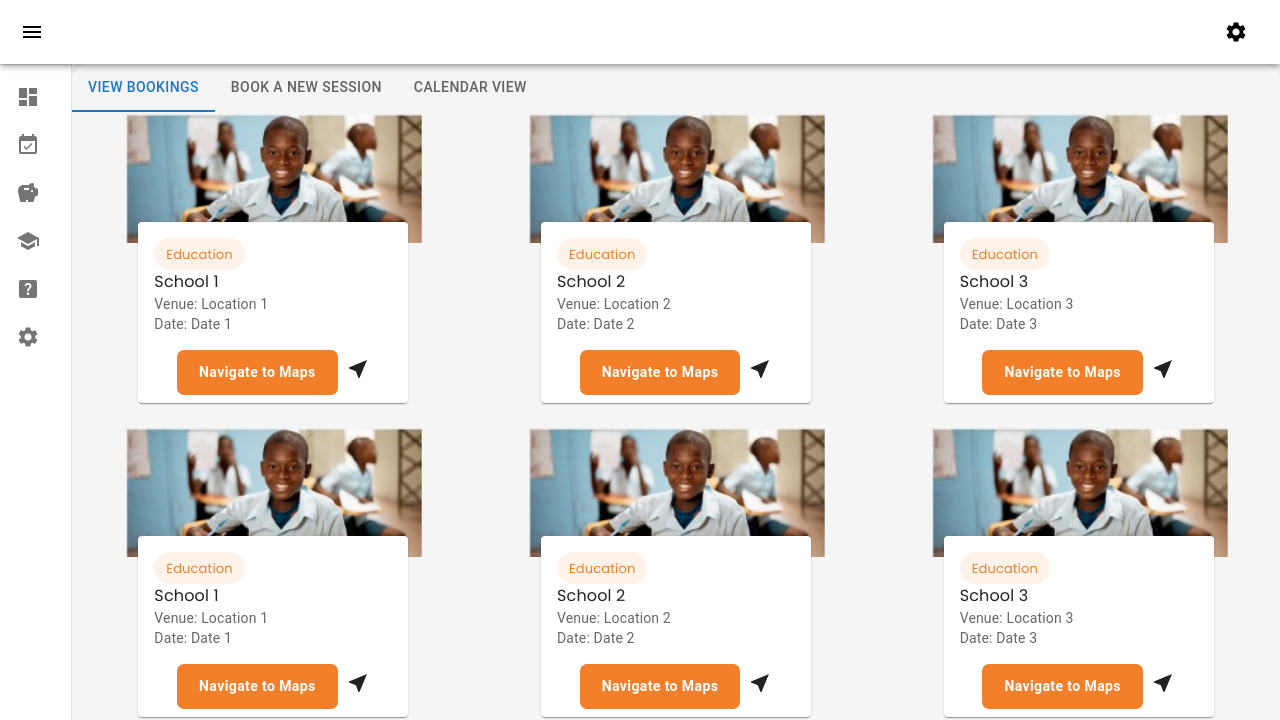
Repository: shubhampirate/Google_Solutions_Edural
Page: /bookings
The author's editor kept a copy of each file at every save. The page is drawn from the files as they stood at one save, then again after the next save.
The browser window is 1280 px wide. The pictures show the whole page.
An inner scrolling area shows only its first screen. The project was rebuilt for these pictures with package versions that can differ from the ones it lists, and the page was loaded fresh each time. Some packages were replaced by stand-ins written for this rebuild. Also part of the build but not shown: src/Components/Navbar.jsx, src/Components/Footer.jsx, src/Components/CongratsCard.jsx, src/pages/Hero/Hero.jsx, src/pages/Dashboard/Dashboard.jsx, src/pages/Sign_in.jsx, src/pages/Bookings/LicenseCard.jsx.

Above is the page before, as saved 2024-02-04 19:48:37.

### src/App.jsx
import Hero from "./pages/Hero/Hero";
import Dashboard from "./pages/Dashboard/Dashboard";
import Layout from "./Components/layout";
import SignIn from "./pages/Sign_in";
import Booking from "./pages/Bookings/bookings"
import {useState} from "react";
import { Route, Routes } from "react-router-dom";
function App() {
  return (
    <>
      {/* <Hero />   */}
      {/* <SignIn /> */}
      <Routes>
        <Route path="/signin" element={<><SignIn /></>} />
        <Route path="/dashboard" element={<Layout><Dashboard /></Layout>} />
        {/* <Route path="/education" element={<><Education /></>} /> */}
        <Route path="/bookings" element={<Layout><Booking /></Layout>} />
        {/* <Route path="/profile" element={<><Profile /></>} /> */}
        {/* <Route path="/finance" element={<><Finance /></>} /> */}
        {/* <Route path="/questions" element={<><Questions /></>} /> */}
        {/* <Route path="/retireaibot" element={<><Bot /></>} /> */}
        <Route path="/" element={<><Hero /></>} />
      </Routes>
         </>
  );
}

export default App;

### src/pages/Bookings/bookings.jsx
import React, { useState, useEffect } from 'react';
import { styled, createTheme, ThemeProvider } from '@mui/material/styles';
import CssBaseline from '@mui/material/CssBaseline';
import Box from '@mui/material/Box';
import Tabs from '@mui/material/Tabs';
import Tab from '@mui/material/Tab';
import Card from '@mui/material/Card';
import CardContent from '@mui/material/CardContent';
import Typography from '@mui/material/Typography';
import GoogleMapReact from 'google-map-react'; // Install with npm/yarn
import FullCalendar from '@fullcalendar/react'; // Install with npm/yarn
import dayGridPlugin from '@fullcalendar/daygrid'; // Install with npm/yarn
import LicenseCard from './LicenseCard';
import { CardActions, Button } from '@mui/material';
import Chip from '@mui/material/Chip';
import CustomButton from '../../Components/CustomButton';
import heroImg from "../../media/img_1.jpeg";
import NorthEastIcon from '@mui/icons-material/NorthEast';
import NearMeIcon from '@mui/icons-material/NearMe';
import { Grid } from '@mui/material';
import { ListItem, ListItemButton, ListItemText } from '@mui/material';
import ArrowForwardIcon from '@mui/icons-material/ArrowForward';
import List from '@mui/material/List';

const defaultTheme = createTheme();

const educationEvents = [
  { id: 1, name: 'Bandar Packhadi Muncipal School', description: 'Primary School' },
  { id: 2, name: 'Kurar Village Parekh Nagar BMC School', description: 'Primary and Secondary School' },
  { id: 3, name: 'Marol Marathi BMC School', description: 'K12 School' },
];
const ImageCard = ({ imageSrc, schoolName, venue, date, chipLabel, chipColor, buttonText }) => {
  return (
    <Box position="relative" maxWidth="300px" margin="auto" marginBottom="2rem">
      <img
        src={imageSrc}
        alt="card-background"
        style={{
          width: '100%',
          height: '60%',
          objectFit: 'cover',
        }}
      />
      <Card
        sx={{
          position: 'absolute',
          top: '80%', // Start from around 20% from the top
          left: '5%', // Adjust as needed
          right: '5%', // Adjust as needed
          backgroundColor: (theme) => theme.palette.background.paper,
          opacity: 1,
          overflow: 'auto',
        }}
      >
        <CardContent>
          <Chip
            size="sm"
            variant="soft"
            label={chipLabel}
            sx={{ backgroundColor: chipColor, color: '#F47F2A', marginRight: '8px' }}
          />
          <br />
          <Typography variant="h7" gutterBottom>
            {schoolName}
          </Typography>
          <Typography variant="body2" color="text.secondary">
            Venue: {venue}
          </Typography>
          <Typography variant="body2" color="text.secondary">
            Date: {date}
          </Typography>
        </CardContent>
        <Box sx={{ display: 'flex-between', alignItems: 'center', justifyContent: 'center', marginBottom: '8px' }}>
          <CustomButton backgroundColor="#F47F2A" color="#fff" buttonText={buttonText} heroBtn={true} />
          <NearMeIcon sx={{ marginLeft: '8px' }} />
        </Box>
      </Card>
    </Box>
  );
};
const calendarEvents = [
  { id: 1, title: 'Event 1', start: '2024-02-10', end: '2024-02-12' },
  { id: 2, title: 'Event 2', start: '2024-02-15', end: '2024-02-18' },
  // Add more calendar event data as needed
];

const AnyReactComponent = ({ text }) => <div>{text}</div>;

export default function Booking() {
  const [tabValue, setTabValue] = useState(0);

  const handleChangeTab = (event, newValue) => {
    setTabValue(newValue);
  };

  return (
    <ThemeProvider theme={defaultTheme}>
      <Box sx={{ display: 'flex', borderRadius: '16px', overflow: 'hidden', boxShadow: '0px 0px 10px rgba(0, 0, 0, 0.1)' }}>
        <CssBaseline />
        <Box
          component="main"
          sx={{
            backgroundColor: (theme) =>
              theme.palette.mode === 'light'
                ? theme.palette.grey[100]
                : theme.palette.grey[900],
            flexGrow: 1,
            height: '100vh',
            overflow: 'hidden',
          }}
        >
          <Tabs value={tabValue} onChange={handleChangeTab}>
            <Tab label="View Bookings" />
            <Tab label="Book a New Session" />
            <Tab label="Calendar View" />
          </Tabs>

          {tabValue === 0 && (
           <Grid container spacing={{ xs: 2, sm: 3, md: 4 }} justifyContent="center">
           {/* First line of cards */}
           <Grid container item justifyContent="center" marginBottom="3.5rem">
             <Grid item xs={12} sm={6} md={4} lg={4}>
               <ImageCard
                 imageSrc={heroImg}
                 schoolName="School 1"
                 venue="Location 1"
                 date="Date 1"
                 chipLabel="Education"
                 chipColor="rgba(244, 127, 42, 0.1)"
                 buttonText="Navigate to Maps"
               />
             </Grid>
             <Grid item xs={12} sm={6} md={4} lg={4}>
               <ImageCard
                 imageSrc={heroImg}
                 schoolName="School 2"
                 venue="Location 2"
                 date="Date 2"
                 chipLabel="Education"
                 chipColor="rgba(244, 127, 42, 0.1)"
                 buttonText="Navigate to Maps"
               />
             </Grid>
             <Grid item xs={12} sm={6} md={4} lg={4}>
               <ImageCard
                 imageSrc={heroImg}
                 schoolName="School 3"
                 venue="Location 3"
                 date="Date 3"
                 chipLabel="Education"
                 chipColor="rgba(244, 127, 42, 0.1)"
                 buttonText="Navigate to Maps"
               />
             </Grid>
           </Grid>

           {/* Second line of cards */}
           <Grid container item justifyContent="center" marginTop="3.5rem">
           <Grid item xs={12} sm={6} md={4} lg={4}>
               <ImageCard
                 imageSrc={heroImg}
                 schoolName="School 1"
                 venue="Location 1"
                 date="Date 1"
                 chipLabel="Education"
                 chipColor="rgba(244, 127, 42, 0.1)"
                 buttonText="Navigate to Maps"
               />
             </Grid>
             <Grid item xs={12} sm={6} md={4} lg={4}>
               <ImageCard
                 imageSrc={heroImg}
                 schoolName="School 2"
                 venue="Location 2"
                 date="Date 2"
                 chipLabel="Education"
                 chipColor="rgba(244, 127, 42, 0.1)"
                 buttonText="Navigate to Maps"
               />
             </Grid>
             <Grid item xs={12} sm={6} md={4} lg={4}>
               <ImageCard
                 imageSrc={heroImg}
                 schoolName="School 3"
                 venue="Location 3"
                 date="Date 3"
                 chipLabel="Education"
                 chipColor="rgba(244, 127, 42, 0.1)"
                 buttonText="Navigate to Maps"
               />
             </Grid>
           {/* </Grid> */}

             {/* Add more Grid items for additional cards */}
           </Grid>
         </Grid>
//
          )}

          {tabValue === 1 && (
            <Box>
            <Grid item xs={12} sm={12}  style={{marginLeft:"1rem",marginTop:"1rem",paddingBottom: "1.5rem" }} >
            <div style={{ fontSize: '2rem', fontWeight: '500'}}>Welcome back Jenil👋</div>

            <div>Searching for nearby villages to Go for volunteering education for K12 based on your latest score.</div>
            </Grid>

            <Grid container spacing={2} marginTop="1rem" paddingLeft={5}  >
                <Grid item xs={7}>

                    <iframe
                      src="https://www.google.com/maps/embed?pb=!1m12!1m8!1m3!1d64676.93288826161!2d72.80877122825254!3d19.185188895823067!3m2!1i1024!2i768!4f13.1!2m1!1srural%20schools%20in%20villages%20in%20maharastra!5e0!3m2!1sen!2sin!4v1707053236123!5m2!1sen!2sin"
                      width="650"
                      height="300"
                      style={{ border: 0 }}
                      allowFullScreen=""
                      loading="lazy"
                      referrerPolicy="no-referrer-when-downgrade"
                      title="Google Maps"
                    ></iframe>

                </Grid>
                <Grid item xs={12} md={5}  marginTop="1rem">
                <Grid container spacing={2} >

                    <Grid item xs={11.5}>
                    <Grid container spacing={2} sx={{ backgroundColor: "white", marginBottom: "0.5rem" }}>
                        <Grid item xs={12} style={{ textAlign: "center", marginLeft: "-0.75rem", fontWeight: "600" }}>Book Sessions at Schools</Grid>
                        <List sx={{ width: '100%', bgcolor: 'background.paper' }}>
      {educationEvents.map((event) => (
        <ListItem key={event.id} disablePadding>
          <ListItemButton role={undefined}>
            <ListItemText primary={event.name} secondary={event.description} />
            <Button endIcon={<ArrowForwardIcon sx={{ color: 'black' }}/>} color="primary">
              {/* View More */}
            </Button>
          </ListItemButton>
        </ListItem>
      ))}
    </List>
                    </Grid>
                    </Grid>
                </Grid>
                </Grid>
            </Grid>
              {/* <GoogleMapReact
                bootstrapURLKeys={{ key: 'YOUR_GOOGLE_MAPS_API_KEY' }}
                defaultCenter={{ lat: 37.7749, lng: -122.4194 }}
                defaultZoom={10}
              >
                <AnyReactComponent lat={37.7749} lng={-122.4194} text="Your Location" />
              </GoogleMapReact> */}
            </Box>
          )}

          {tabValue === 2 && (
             <Box>
             {/* Calendar View Content */}
             {/* <FullCalendar
               plugins={[dayGridPlugin]}
               initialView="dayGridMonth"
               events={calendarEvents}
             /> */}
           </Box>          )}
        </Box>
      </Box>
    </ThemeProvider>
  );
}

### src/Components/CustomButton.jsx
import { Button, styled } from "@mui/material";
import React from "react";

const CustomButton = ({
  backgroundColor,
  color,
  buttonText,
  heroBtn,
  guideBtn,
  getStartedBtn,
}) => {
  const CustomButton = styled(Button)(({ theme }) => ({
    backgroundColor: backgroundColor,
    color: color,
    fontWeight: "700",
    fontSize: "14px",
    cursor: "pointer",
    padding: "0.5rem 1.25rem",
    borderRadius: "7px",
    textTransform: "none",
    display: "block",
    border: "2px solid transparent",
    "&:hover": {
      backgroundColor: color,
      color: backgroundColor,
      borderColor: backgroundColor,
    },
    [theme.breakpoints.down("md")]: {
      margin: (heroBtn || getStartedBtn) && theme.spacing(0, "auto", 3, "auto"),
      width: (heroBtn || getStartedBtn) && "90%",
    },
    [theme.breakpoints.down("sm")]: {
      marginTop: guideBtn && theme.spacing(3),
      width: guideBtn && "90%",
    },
  }));

  return <CustomButton>{buttonText}</CustomButton>;
};

export default CustomButton;

Loaded but not shown: public/index.html (common file); src/index.css (common file); src/index.js (18 lines, source omitted); src/Components/layout.jsx (161 lines, source omitted); src/Components/listItems.jsx (77 lines, source omitted)

After the next save:
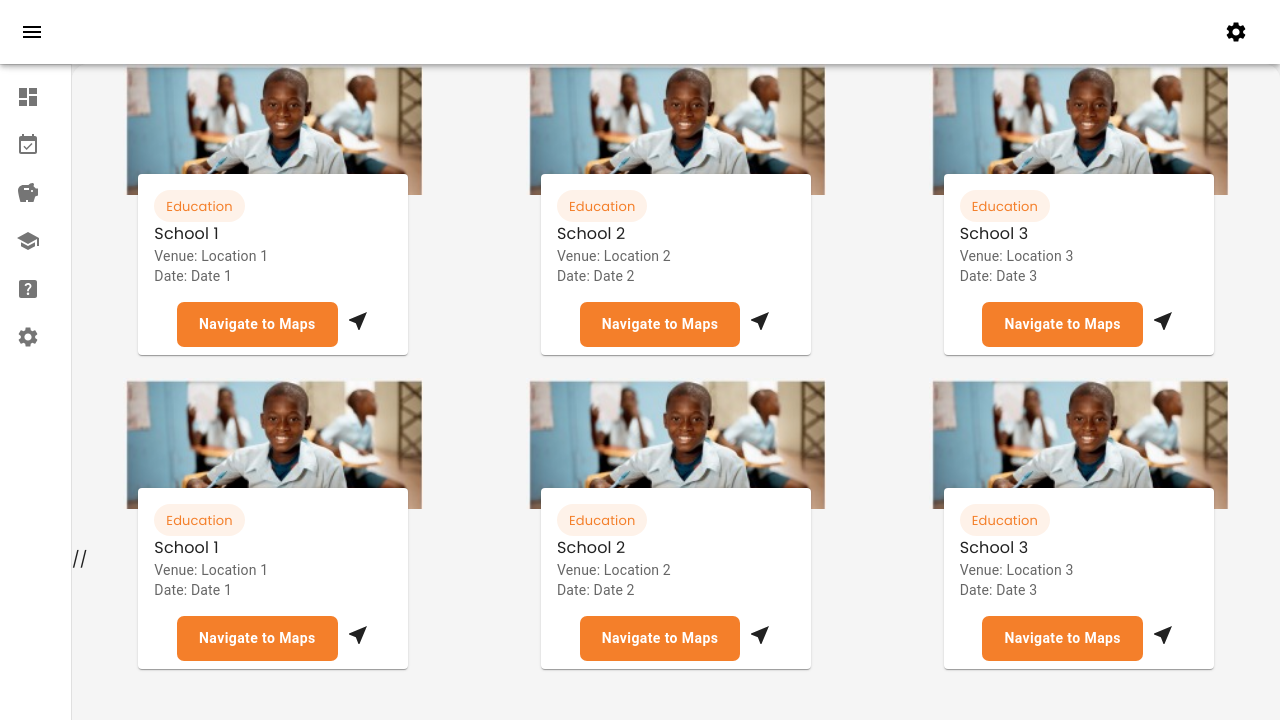
Saved 4 min 30 s later.
--- a/src/pages/Bookings/bookings.jsx
+++ b/src/pages/Bookings/bookings.jsx
@@ -109,13 +109,13 @@ export default function Booking() {
             overflow: 'hidden',
           }}
         >
-          <Tabs value={tabValue} onChange={handleChangeTab}>
+          {/* <Tabs value={tabValue} onChange={handleChangeTab}>
             <Tab label="View Bookings" />
             <Tab label="Book a New Session" />
             <Tab label="Calendar View" />
-          </Tabs>
-
-          {tabValue === 0 && (
+          </Tabs> */}
+
+          {/* {tabValue === 0 && ( */}
            <Grid container spacing={{ xs: 2, sm: 3, md: 4 }} justifyContent="center">
            {/* First line of cards */}
            <Grid container item justifyContent="center" marginBottom="3.5rem">
@@ -195,73 +195,6 @@ export default function Booking() {
            </Grid>
          </Grid>
 //
-          )}
-
-          {tabValue === 1 && (
-            <Box>
-            <Grid item xs={12} sm={12}  style={{marginLeft:"1rem",marginTop:"1rem",paddingBottom: "1.5rem" }} >
-            <div style={{ fontSize: '2rem', fontWeight: '500'}}>Welcome back Jenil👋</div>
-
-            <div>Searching for nearby villages to Go for volunteering education for K12 based on your latest score.</div>
-            </Grid>
-
-            <Grid container spacing={2} marginTop="1rem" paddingLeft={5}  >
-                <Grid item xs={7}>
-
-                    <iframe
-                      src="https://www.google.com/maps/embed?pb=!1m12!1m8!1m3!1d64676.93288826161!2d72.80877122825254!3d19.185188895823067!3m2!1i1024!2i768!4f13.1!2m1!1srural%20schools%20in%20villages%20in%20maharastra!5e0!3m2!1sen!2sin!4v1707053236123!5m2!1sen!2sin"
-                      width="650"
-                      height="300"
-                      style={{ border: 0 }}
-                      allowFullScreen=""
-                      loading="lazy"
-                      referrerPolicy="no-referrer-when-downgrade"
-                      title="Google Maps"
-                    ></iframe>
-
-                </Grid>
-                <Grid item xs={12} md={5}  marginTop="1rem">
-                <Grid container spacing={2} >
-
-                    <Grid item xs={11.5}>
-                    <Grid container spacing={2} sx={{ backgroundColor: "white", marginBottom: "0.5rem" }}>
-                        <Grid item xs={12} style={{ textAlign: "center", marginLeft: "-0.75rem", fontWeight: "600" }}>Book Sessions at Schools</Grid>
-                        <List sx={{ width: '100%', bgcolor: 'background.paper' }}>
-      {educationEvents.map((event) => (
-        <ListItem key={event.id} disablePadding>
-          <ListItemButton role={undefined}>
-            <ListItemText primary={event.name} secondary={event.description} />
-            <Button endIcon={<ArrowForwardIcon sx={{ color: 'black' }}/>} color="primary">
-              {/* View More */}
-            </Button>
-          </ListItemButton>
-        </ListItem>
-      ))}
-    </List>
-                    </Grid>
-                    </Grid>
-                </Grid>
-                </Grid>
-            </Grid>
-              {/* <GoogleMapReact
-                bootstrapURLKeys={{ key: 'YOUR_GOOGLE_MAPS_API_KEY' }}
-                defaultCenter={{ lat: 37.7749, lng: -122.4194 }}
-                defaultZoom={10}
-              >
-                <AnyReactComponent lat={37.7749} lng={-122.4194} text="Your Location" />
-              </GoogleMapReact> */}
-            </Box>
-          )}
-
-          {tabValue === 2 && (
-             <Box>
-             {/* Calendar View Content */}
-             {/* <FullCalendar
-               plugins={[dayGridPlugin]}
-               initialView="dayGridMonth"
-               events={calendarEvents}
-             /> */}
-           </Box>          )}
         </Box>
       </Box>
     </ThemeProvider>

After the save that followed:
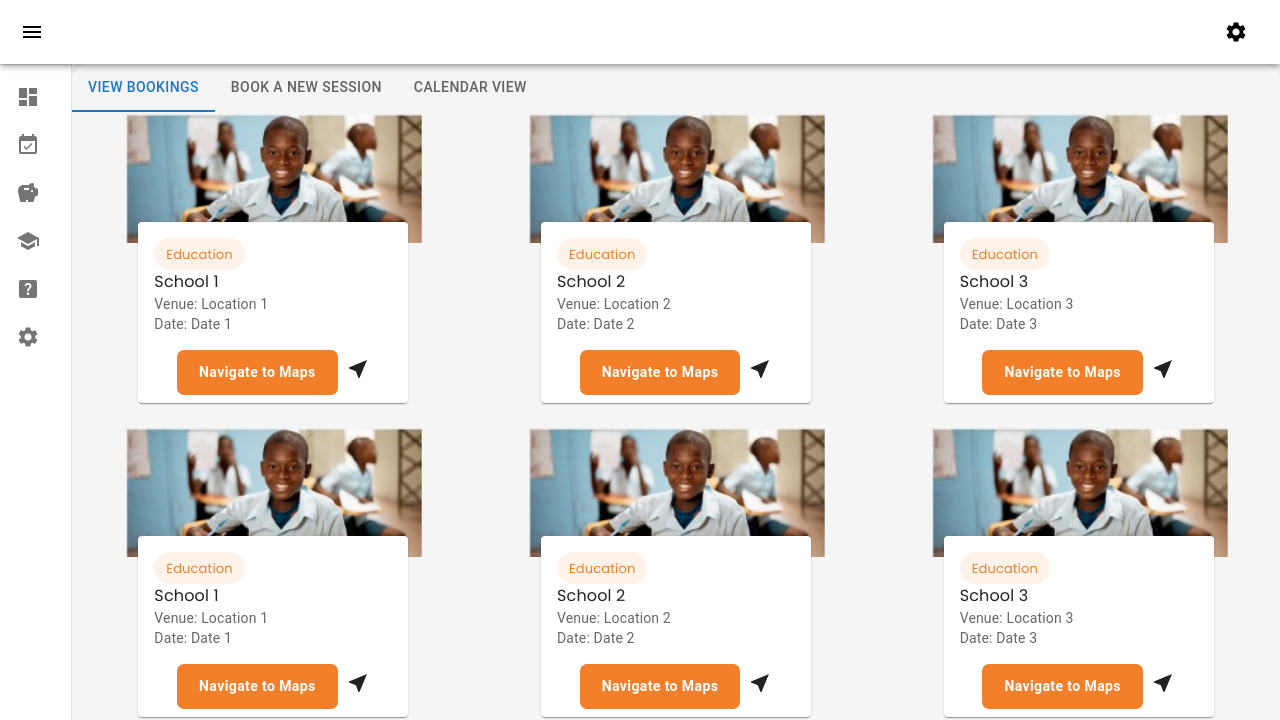
Saved 46 s later.
--- a/src/pages/Bookings/bookings.jsx
+++ b/src/pages/Bookings/bookings.jsx
@@ -109,13 +109,13 @@ export default function Booking() {
             overflow: 'hidden',
           }}
         >
-          {/* <Tabs value={tabValue} onChange={handleChangeTab}>
+          <Tabs value={tabValue} onChange={handleChangeTab}>
             <Tab label="View Bookings" />
             <Tab label="Book a New Session" />
             <Tab label="Calendar View" />
-          </Tabs> */}
-
-          {/* {tabValue === 0 && ( */}
+          </Tabs>
+
+          {tabValue === 0 && (
            <Grid container spacing={{ xs: 2, sm: 3, md: 4 }} justifyContent="center">
            {/* First line of cards */}
            <Grid container item justifyContent="center" marginBottom="3.5rem">
@@ -195,6 +195,73 @@ export default function Booking() {
            </Grid>
          </Grid>
 //
+          )}
+
+          {tabValue === 1 && (
+            <Box>
+            <Grid item xs={12} sm={12}  style={{marginLeft:"1rem",marginTop:"1rem",paddingBottom: "1.5rem" }} >
+            <div style={{ fontSize: '2rem', fontWeight: '500'}}>Welcome back Jenil👋</div>
+
+            <div>Searching for nearby villages to Go for volunteering education for K12 based on your latest score.</div>
+            </Grid>
+
+            <Grid container spacing={2} marginTop="1rem" paddingLeft={5}  >
+                <Grid item xs={7}>
+
+                    <iframe
+                      src="https://www.google.com/maps/embed?pb=!1m12!1m8!1m3!1d64676.93288826161!2d72.80877122825254!3d19.185188895823067!3m2!1i1024!2i768!4f13.1!2m1!1srural%20schools%20in%20villages%20in%20maharastra!5e0!3m2!1sen!2sin!4v1707053236123!5m2!1sen!2sin"
+                      width="650"
+                      height="300"
+                      style={{ border: 0 }}
+                      allowFullScreen=""
+                      loading="lazy"
+                      referrerPolicy="no-referrer-when-downgrade"
+                      title="Google Maps"
+                    ></iframe>
+
+                </Grid>
+                <Grid item xs={12} md={5}  marginTop="1rem">
+                <Grid container spacing={2} >
+
+                    <Grid item xs={11.5}>
+                    <Grid container spacing={2} sx={{ backgroundColor: "white", marginBottom: "0.5rem" }}>
+                        <Grid item xs={12} style={{ textAlign: "center", marginLeft: "-0.75rem", fontWeight: "600" }}>Book Sessions at Schools</Grid>
+                        <List sx={{ width: '100%', bgcolor: 'background.paper' }}>
+      {educationEvents.map((event) => (
+        <ListItem key={event.id} disablePadding>
+          <ListItemButton role={undefined}>
+            <ListItemText primary={event.name} secondary={event.description} />
+            <Button endIcon={<ArrowForwardIcon sx={{ color: 'black' }}/>} color="primary">
+              {/* View More */}
+            </Button>
+          </ListItemButton>
+        </ListItem>
+      ))}
+    </List>
+                    </Grid>
+                    </Grid>
+                </Grid>
+                </Grid>
+            </Grid>
+              {/* <GoogleMapReact
+                bootstrapURLKeys={{ key: 'YOUR_GOOGLE_MAPS_API_KEY' }}
+                defaultCenter={{ lat: 37.7749, lng: -122.4194 }}
+                defaultZoom={10}
+              >
+                <AnyReactComponent lat={37.7749} lng={-122.4194} text="Your Location" />
+              </GoogleMapReact> */}
+            </Box>
+          )}
+
+          {tabValue === 2 && (
+             <Box>
+             {/* Calendar View Content */}
+             {/* <FullCalendar
+               plugins={[dayGridPlugin]}
+               initialView="dayGridMonth"
+               events={calendarEvents}
+             /> */}
+           </Box>          )}
         </Box>
       </Box>
     </ThemeProvider>
